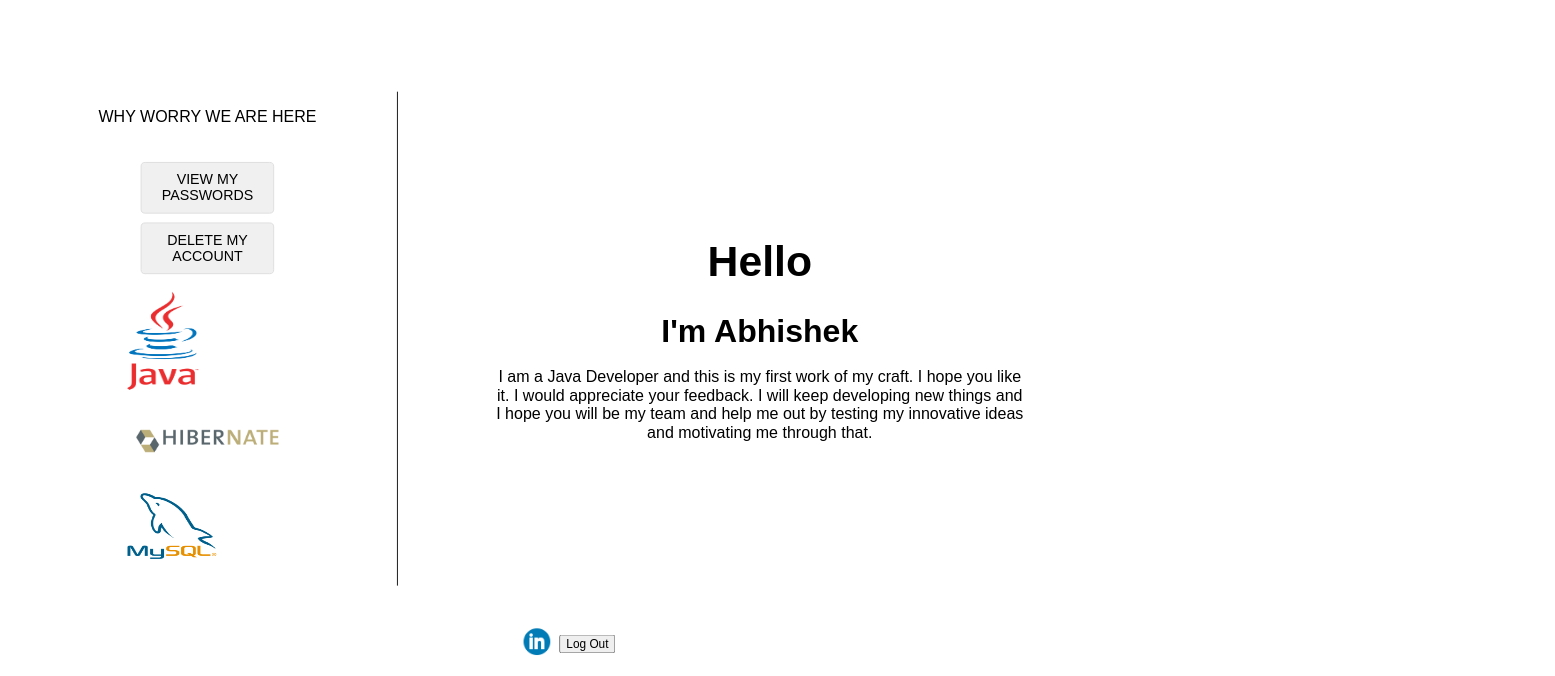
Repository: wizzy-abhishek/Projects
Page: http://localhost/Iam_Doing/Info.jsp
An editor plug-in stored every save of this project. The page is shown before and after the next save, followed by the edit.
The browser window is 1280 px wide. The page is 1280 px wide, then 1747 px, so the pictures cover 1747 px, including what lies to the right of the window. The pictures show the whole page, at 89% of full size.
The page is served by Tomcat 10. Nobody is signed in. The application's start-up code is not run. Other server files are loaded and not shown.

Above is the page before, as saved 2024-06-27 10:51:41.

### Iam_Doing/src/main/webapp/Info.jsp
<!DOCTYPE html>
<html lang="en">
<head>
    <meta charset="UTF-8">
    <meta name="viewport" content="width=device-width, initial-scale=1.0">
    <title>Abhishek's Page</title>
    <link rel="stylesheet" href="Styles.css">
</head>
<body>
    <div class="container">
        <div class="sidebar">
            <p>WHY WORRY WE ARE HERE</p>
            <form action="View_passwords" method="post">
                <button type="submit" class="btn btn-primary">VIEW MY PASSWORDS</button>
            </form>
            <form action="delete_account" method="post">
                <button type="submit" class="btn">DELETE MY ACCOUNT</button>
            </form>
            <div class="logos">
                <img src="java_logo.png" alt="Java Logo" style="width: 80px; height: 110px;">
                <img src="hibernate_logo.png" alt="Hibernate Logo" style="width: 180px; height: 75px;">
                <img src="mysql.png" alt="Mysql_Logo" style="width: 100px; height: 75px;">
            </div>
        </div>
        <div class="main">
            <h1>Hello</h1>
            <h2>I'm Abhishek</h2>
            <p>I am a Java Developer and this is my first work of my craft. I hope you like it. I would appreciate your feedback. I will keep developing new things and I hope you will be my team and help me out by testing my innovative ideas and motivating me through that.</p>
            <div class="footer">
                <a href="https://www.linkedin.com/in/abhishek-anand-60b29257/" target="_blank">
                    <img src="linkedin_logo.png" alt="LinkedIn Logo" style="width: 30px; height: 30px;">
                </a>
                <form action="Logout" method="post">
                    <button type="submit" class="btn btn-primary">Log Out</button>
                </form>
            </div>
        </div>
    </div>
</body>
</html>

### Iam_Doing/src/main/webapp/Styles.css
body {
    font-family: Arial, sans-serif;
    margin: 0;
    padding: 0;
}

.container {
    display: flex;
    height: 100vh;
    align-items: center;
    justify-content: center;
    text-align: center;
    padding: 20px;
    position: relative;
}

.sidebar {
    flex: 1;
    padding: 20px;
    border-right: 1px solid #000;
    display: flex;
    flex-direction: column;
    align-items: center;
    justify-content: space-between;
}

.sidebar p {
    font-size: 18px;
    margin-bottom: 20px;
    position: relative;
    top: -20px;
}

.sidebar button {
    display: block;
    width: 150px;
    margin-bottom: 10px;
    padding: 10px;
    font-size: 16px;
    cursor: pointer;
    background-color: #f0f0f0;
    border: 1px solid #ddd;
    border-radius: 5px;
}

.logos {
    display: flex;
    flex-direction: column;
    align-items: flex-start;
}

.logos img {
    margin: 10px 0;
    width: 50px; /* Adjust width for other logos if needed */
    height: 50px;
}

.main {
    flex: 2;
    padding: 20px;
}

.main h1 {
    font-size: 48px;
    margin-bottom: 10px;
}

.main h2 {
    font-size: 36px;
    margin-bottom: 20px;
}

.main p {
    font-size: 18px;
    margin-bottom: 30px;
    max-width: 600px;
    margin-left: auto;
    margin-right: auto;
}

.footer {
    position: absolute;
    bottom: 20px; /* Adjusted to move footer closer to the bottom */
    left: 50%; /* Added to center the footer horizontally */
    transform: translateX(-50%); /* Added to center the footer horizontally */
    display: flex;
    align-items: center;
    justify-content: center;
}

.footer img {
    width: 70px;
    height: 70px;
    cursor: pointer;
    margin-right: 10px;  /* Added spacing between logo and link text */
}

.footer a {
    color: #007bff;
    text-decoration: none;
}

.footer a:hover {
    text-decoration: underline;
}

After the next save:
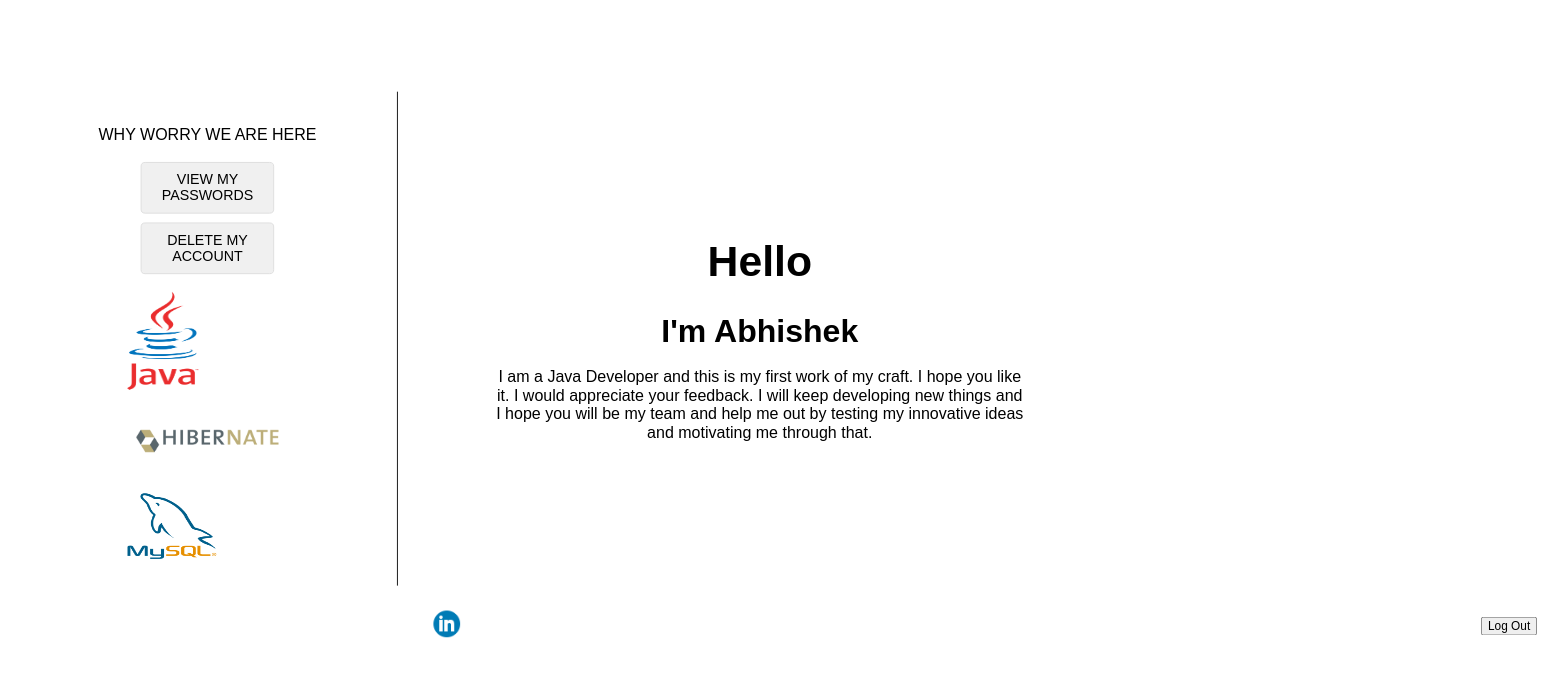
Saved 2 min 4 s later.
--- a/Iam_Doing/src/main/webapp/Styles.css
+++ b/Iam_Doing/src/main/webapp/Styles.css
@@ -27,8 +27,6 @@
 .sidebar p {
     font-size: 18px;
     margin-bottom: 20px;
-    position: relative;
-    top: -20px;
 }
 
 .sidebar button {
@@ -79,13 +77,18 @@
 }
 
 .footer {
+    display: flex;
+    justify-content: space-between;
+    align-items: center;
+    width: 100%;
+    padding: 20px;
+    box-sizing: border-box;
     position: absolute;
-    bottom: 20px; /* Adjusted to move footer closer to the bottom */
-    left: 50%; /* Added to center the footer horizontally */
-    transform: translateX(-50%); /* Added to center the footer horizontally */
-    display: flex;
-    align-items: center;
-    justify-content: center;
+    bottom: 20px;
+}
+
+.footer .center {
+    margin: 0 auto;
 }
 
 .footer img {
